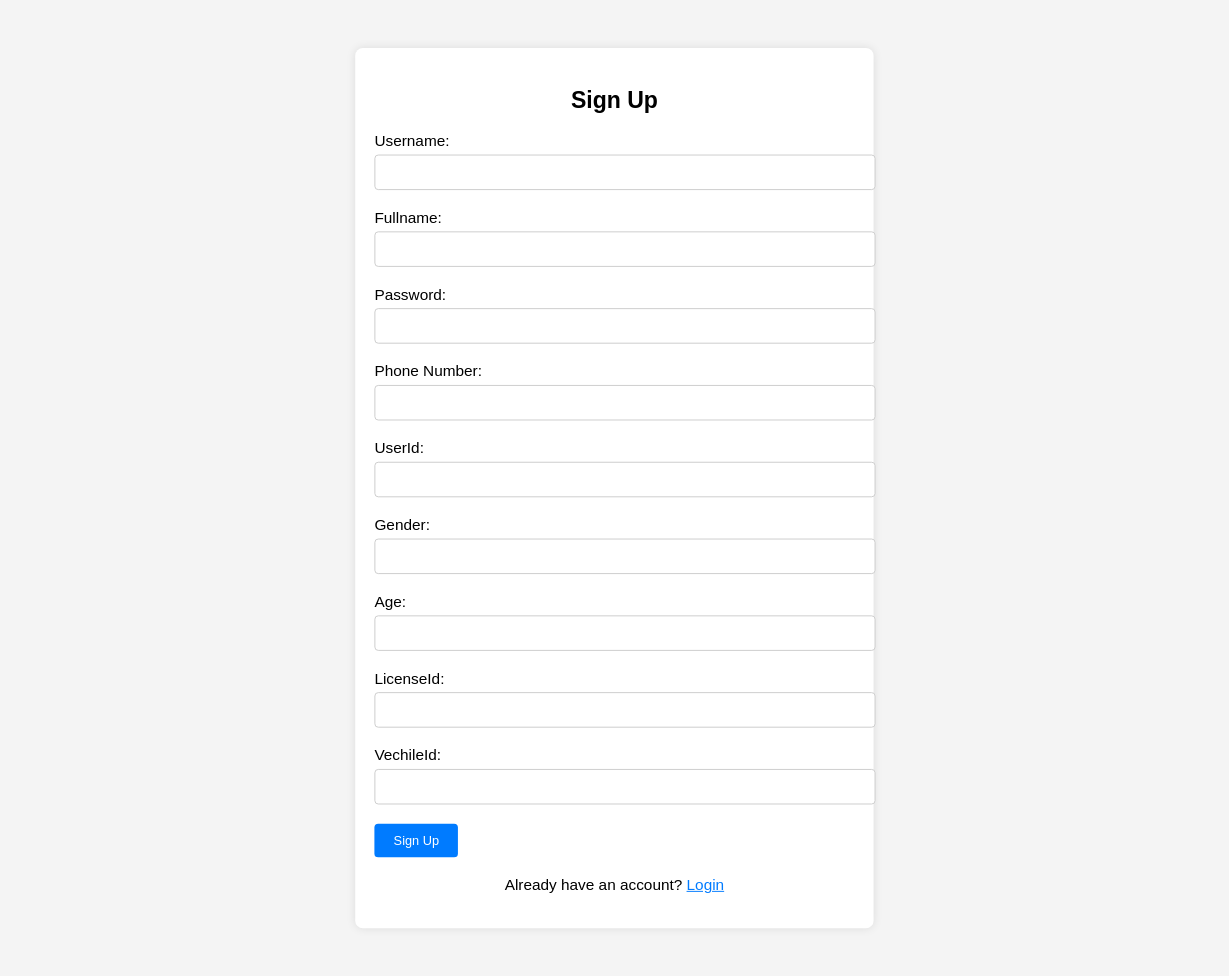
Repository: suryavishakan/parking_management
Page: http://localhost/signup
These files come from the project's save history. The page is drawn as it stood at one moment and after the next save; the edit follows.
The browser window is 1280 px wide. The pictures show the whole page, at 96% of full size.
The page is served by the project's application, run on Flask 3 (app.py).

Above is the page before, as saved 2024-04-20 13:57:08.

### templates/signup.html
<!-- signup.html -->

<!DOCTYPE html>
<html lang="en">
<head>
    <meta charset="UTF-8">
    <meta name="viewport" content="width=device-width, initial-scale=1.0">
    <title>Sign Up</title>
    <style>
        body {
            font-family: Arial, sans-serif;
            margin: 0;
            padding: 0;
            background-color: #f4f4f4;
        }
        .container {
            width: 100%;
            max-width: 500px;
            margin: 50px auto;
            padding: 20px;
            background-color: #fff;
            border-radius: 8px;
            box-shadow: 0 0 10px rgba(0, 0, 0, 0.1);
        }
        h2 {
            text-align: center;
            margin-bottom: 20px;
        }
        form {
            margin-bottom: 20px;
        }
        label {
            display: block;
            margin-bottom: 5px;
        }
        input[type="text"],
        input[type="password"],
        input[type="phoneNumber"] {
            width: 100%;
            padding: 10px;
            margin-bottom: 20px;
            border: 1px solid #ccc;
            border-radius: 4px;
        }
        button[type="submit"] {
            background-color: #007bff;
            color: #fff;
            border: none;
            padding: 10px 20px;
            border-radius: 4px;
            cursor: pointer;
        }
        button[type="submit"]:hover {
            background-color: #0056b3;
        }
        p {
            text-align: center;
        }
        a {
            color: #007bff;
        }
    </style>
</head>
<body>
    <div class="container">
        <h2>Sign Up</h2>
        {% with messages = get_flashed_messages() %}
            {% if messages %}
                <ul>
                    {% for message in messages %}
                        <li>{{ message }}</li>
                    {% endfor %}
                </ul>
            {% endif %}
        {% endwith %}
        <form action="{{ url_for('signup') }}" method="POST">
            <label for="username">Username:</label>
            <input type="text" id="username" name="username" required>
            <label for="fullname">Fullname:</label>
            <input type="text" id="fullname" name="fullname" required>
            <label for="password">Password:</label>
            <input type="password" id="password" name="password" required>
            <label for="phoneNumber">Phone Number:</label>
            <input type="phoneNumber" id="phoneNumber" name="phoneNumber" required>
            <label for="userId">UserId:</label>
            <input type="text" id="userId" name="userId" required>
            <label for="gender">Gender:</label>
            <input type="text" id="gender" name="gender" required>
            <label for="age">Age:</label>
            <input type="text" id="age" name="age" required>
            <label for="licenseId">LicenseId:</label>
            <input type="text" id="licenseId" name="licenseId" required>
            <label for="vechileId">VechileId:</label>
            <input type="text" id="vechileId" name="vechileId" required>
            <button type="submit">Sign Up</button>
        </form>
        <p>Already have an account? <a href="{{ url_for('login') }}">Login</a></p>
    </div>
</body>
</html>

### app.py
from flask import Flask, Response, request, render_template, jsonify, redirect, url_for, request, flash, session
import pymongo
import secrets
import json
from bson.objectid import ObjectId
from bson.json_util import dumps
from functools import wraps

app=Flask(__name__ , template_folder='templates')
app.secret_key = secrets.token_hex(32)

try:
    mongo = pymongo.MongoClient(
        host = 'localhost',
        port = 27017,
        serverSelectionTimeoutMS = 1000
    )
    db = mongo.ParkingManagementSystemDb #connect to mongodb1
    users_collection = db.admin
    user_collection = db["customer"]
    #cart_collection = db["cart"]
    mongo.server_info() #trigger exception if cannot connect to db
except:
    print("Error connecting to MongoDB")

@app.route('/get/admin', methods=['GET'])
def displayall():
  try:
    documents = db.admin.find()
    output = [{item: data[item] for item in data if item != '_id'} for data in documents]
    return jsonify(output)
  except Exception as ex:
    response = Response("Search Records Error!!",status=500,mimetype='application/json')
    return response

# Route for signup page
@app.route('/signup', methods=['GET', 'POST'])
def signup():
    if request.method == 'POST':
        # Get form data
        username = request.form['username']
        password = request.form['password']

        # Check if username already exists
        if user_collection.find_one({'username': username}):
            flash('Username already exists. Please choose a different one.', 'error')
            return redirect(url_for('signup'))

        # Insert user data into database
        user_data = {'username': username, 'password': password}
        user_collection.insert_one(user_data)

        flash('Signup successful. You can now login.', 'success')
        return redirect(url_for('login'))

    return render_template('signup.html')

# Route to get an employee by name
@app.route('/get/user/<user_name>', methods=['GET'])
def get_user_by_name(user_name):
    try:
        # Using a case-insensitive query to match employee name
        document = db.user.find_one({"user_name": {"$regex": f'^{user_name}$', "$options": 'i'}})

        if document:
            # Exclude _id field from the response
            output = {item: document[item] for item in document if item != '_id'}
            return jsonify(output)
        else:
            return Response("USER not found", status=404, mimetype='application/json')

    except Exception as ex:
        app.logger.error(f"Error retrieving user by name: {ex}")
        return Response("Internal Server Error", status=500, mimetype='application/json')

# Route to get all employees
@app.route('/get/allusers', methods=['GET'])
def get_all_users():
    try:
        # Fetch all documents from the 'employee' collection
        documents = db.user.find()

        # Format the response excluding the _id field
        output = [{item: data[item] for item in data if item != '_id'} for data in documents]

        return jsonify(output)

    except Exception as ex:
        app.logger.error(f"Error retrieving all employees: {ex}")
        return Response("Internal Server Error", status=500, mimetype='application/json')

# Route to update employee details by name
@app.route('/update/user/<user_name>', methods=['PUT'])
def update_user_by_name(user_name):
    try:
        # Using a case-insensitive query to match employee name
        result = db.user.update_one(
            {"employee_name": {"$regex": f'^{user_name}$', "$options": 'i'}},
            {"$set": request.get_json()}
        )

        if result.modified_count > 0:
            return Response("User details updated successfully", status=200, mimetype='application/json')
        else:
            return Response("User not found", status=404, mimetype='application/json')

    except Exception as ex:
        app.logger.error(f"Error updating User details by name: {ex}")
        return Response("Internal Server Error", status=500, mimetype='application/json')

@app.route('/')
def homePage():
    try:
        # Fetch all products from the database
        products_cursor = db.product.find()

        # Convert the cursor to a list of dictionaries
        products = list(products_cursor)

        return render_template('homePage.html', products=products)
    except Exception as ex:
        app.logger.error(f"Error fetching products: {ex}")
        flash('Error fetching products', 'error')
        return render_template('homePage.html', products=[])

# Flask route to render the profile page
@app.route('/profile')
def profile():
    try:
        # Assuming you have a collection named 'users' in your MongoDB
        # Fetch user details from the 'users' collection
        user = db.user.find_one({'username': session['username']})

        if user:
            # Render the profile template with the user details
            return render_template('profile.html', user=user)
        else:
            flash('User details not found', 'error')
            return redirect(url_for('login'))
    except Exception as ex:
        app.logger.error(f"Error fetching user details: {ex}")
        flash('Error fetching user details', 'error')
        return redirect(url_for('login'))

@app.route('/select_user_type', methods=['POST'])
def select_user_type():
    user_type = request.form.get('userType')

    if user_type == 'admin':
        return redirect(url_for('login'))
    elif user_type == 'user':
        return redirect(url_for('login'))
    else:
        flash('Invalid user type selected', 'error')
        return redirect(url_for('index'))

# Update the Flask route for handling login
@app.route('/login', methods=['GET', 'POST'])
def login():
    if request.method == 'POST':
        username = request.form.get('username')
        password = request.form.get('password')

        # Query MongoDB for admin details
        admin_user = users_collection.find_one({'username': username, 'password': password})

        if admin_user:
            # Store admin credentials in the session
            session['username'] = username
            session['password'] = password

            return redirect(url_for('admin_panel'))
        else:
            # Query MongoDB for user details
            user_user = db.user.find_one({'username': username, 'password': password})

            if user_user:
                # Store user credentials in the session
                session['username'] = username
                session['password'] = password

                return redirect(url_for('user_details'))
            else:
                flash('Invalid username or password', 'error')

    return render_template('login.html')


# New route for employee details
@app.route('/user_details')
def user_details():
    # Check if user is authenticated as an employee
    try:
    # if 'username' in session and 'password' in session == 'employee':
        # Fetch employee details based on the stored credentials
        user = db.user.find_one({'username': session['username'], 'password': session['password']})

        if user:
            return render_template('user_details.html', user=user)
        else:
            flash('Unauthorized access', 'error')
            return redirect(url_for('login'))

    except Exception as ex:
        app.logger.error(f"Error fetching user data: {ex}")
        flash(f'Error fetching user data: {ex}', 'error')

    return render_template('user_details.html', user={})

# Route to render the update employee page
@app.route('/update_user/<user_name>', methods=['GET', 'POST'])
def update_user_page(user_name):
    try:
        # Fetch the employee details from the database using the employee name
        user = db.user.find_one({"user_name": {"$regex": f'^{user_name}$', "$options": 'i'}})

        if user:
            # Render the update employee page with the employee details
            return render_template('update_user.html', user=user)
        else:
            return Response("User not found", status=404, mimetype='application/json')

    except Exception as ex:
        app.logger.error(f"Error rendering update_user page: {ex}")
        return Response("Internal Server Error", status=500, mimetype='application/json')

# Route to handle the form submission for updating employee details
@app.route('/submit_update_user/<user_name>', methods=['POST'])
def submit_update_user(user_name):
    try:
        # Use the employee name parameter to identify the employee being updated
        user_name = user_name

        # Update the employee details in the database using request.form.to_dict()
        updated_user_data = request.form.to_dict()

        # Assuming you have a 'employee' collection in your MongoDB
        result = db.user.update_one(
            {"user_name": {"$regex": f'^{user_name}$', "$options": 'i'}},
            {"$set": request.form.to_dict()}
        )

        if result.modified_count > 0:
            flash('user details updated successfully', 'success')
        else:
            flash('user not found', 'error')

    except Exception as ex:
        app.logger.error(f"Error updating user details: {ex}")
        flash('Error updating user details', 'error')

    # Redirect to the admin page after the update
    return redirect(url_for('admin'))

# Route for admin panel
@app.route('/admin', methods=['GET', 'POST'])
def admin_panel():
    if 'username' in session and 'password' in session:
        # Check if the user is an admin
        admin_user = users_collection.find_one({'username': session['username'], 'password': session['password']})
        if admin_user:
            # Render the admin panel page
            return render_template('admin.html')

    # If user is not authenticated or not an admin, redirect to login page
    flash('Unauthorized access', 'error')
    return redirect(url_for('login'))


if __name__ == '__main__':
    app.run(port=5000, debug=True)

After the next save:
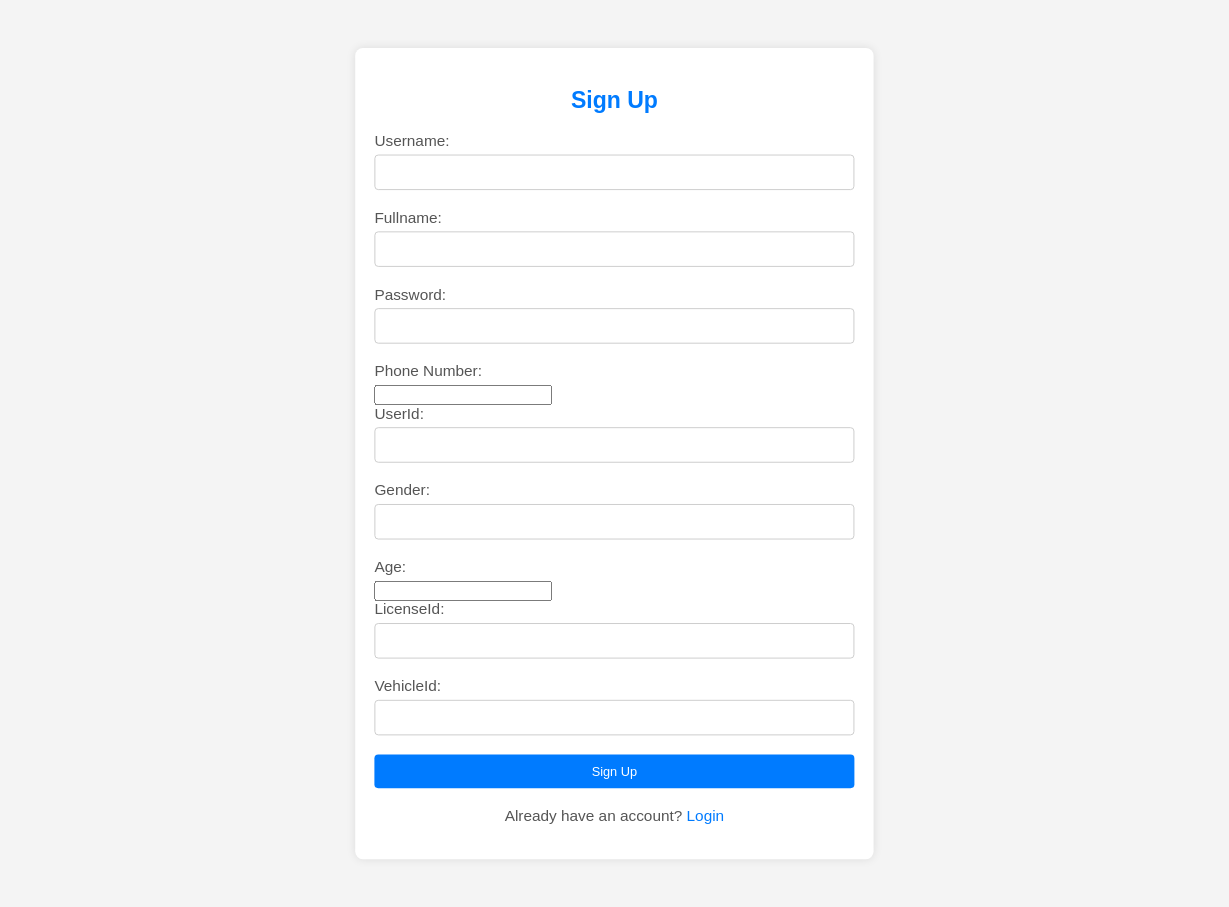
Saved 2 min 37 s later.
--- a/templates/signup.html
+++ b/templates/signup.html
@@ -1,5 +1,3 @@
-<!-- signup.html -->
-
 <!DOCTYPE html>
 <html lang="en">
 <head>
@@ -25,6 +23,7 @@
         h2 {
             text-align: center;
             margin-bottom: 20px;
+            color: #007bff;
         }
         form {
             margin-bottom: 20px;
@@ -32,6 +31,7 @@
         label {
             display: block;
             margin-bottom: 5px;
+            color: #555;
         }
         input[type="text"],
         input[type="password"],
@@ -41,6 +41,7 @@
             margin-bottom: 20px;
             border: 1px solid #ccc;
             border-radius: 4px;
+            box-sizing: border-box;
         }
         button[type="submit"] {
             background-color: #007bff;
@@ -49,15 +50,25 @@
             padding: 10px 20px;
             border-radius: 4px;
             cursor: pointer;
+            width: 100%;
         }
         button[type="submit"]:hover {
             background-color: #0056b3;
         }
         p {
             text-align: center;
+            color: #555;
         }
         a {
             color: #007bff;
+            text-decoration: none;
+        }
+        a:hover {
+            text-decoration: underline;
+        }
+        .error-message {
+            color: red;
+            margin-top: 5px;
         }
     </style>
 </head>
@@ -68,7 +79,7 @@
             {% if messages %}
                 <ul>
                     {% for message in messages %}
-                        <li>{{ message }}</li>
+                        <li class="error-message">{{ message }}</li>
                     {% endfor %}
                 </ul>
             {% endif %}
@@ -81,17 +92,17 @@
             <label for="password">Password:</label>
             <input type="password" id="password" name="password" required>
             <label for="phoneNumber">Phone Number:</label>
-            <input type="phoneNumber" id="phoneNumber" name="phoneNumber" required>
+            <input type="tel" id="phoneNumber" name="phoneNumber" required pattern="[0-9]{10}">
             <label for="userId">UserId:</label>
             <input type="text" id="userId" name="userId" required>
             <label for="gender">Gender:</label>
             <input type="text" id="gender" name="gender" required>
             <label for="age">Age:</label>
-            <input type="text" id="age" name="age" required>
+            <input type="number" id="age" name="age" required>
             <label for="licenseId">LicenseId:</label>
             <input type="text" id="licenseId" name="licenseId" required>
-            <label for="vechileId">VechileId:</label>
-            <input type="text" id="vechileId" name="vechileId" required>
+            <label for="vechileId">VehicleId:</label>
+            <input type="text" id="vehicleId" name="vehicleId" required>
             <button type="submit">Sign Up</button>
         </form>
         <p>Already have an account? <a href="{{ url_for('login') }}">Login</a></p>
